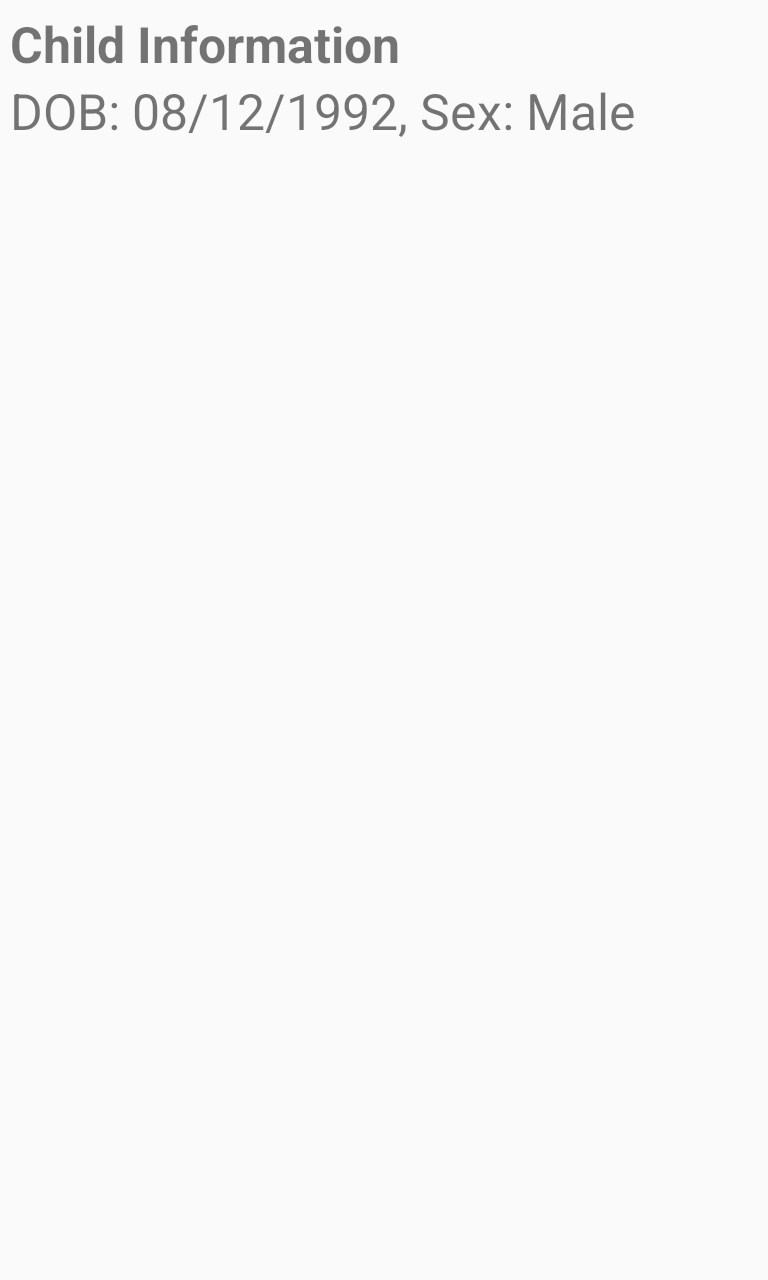
Repository: achavez812/GuatemalaProject2
Layout: GuateMedic-master/GuateMedic/res/layout/fragment_graph_left.xml
The author's editor kept a copy of each file at every save. The layout is drawn from the files as they stood at one save, then again after the next save.
It is drawn on a 768 x 1280 px phone screen (xhdpi) without system bars, with theme AppTheme; the app's code is not run.

Above is the layout before, as saved 2014-07-03 04:00:08.

After the next save:
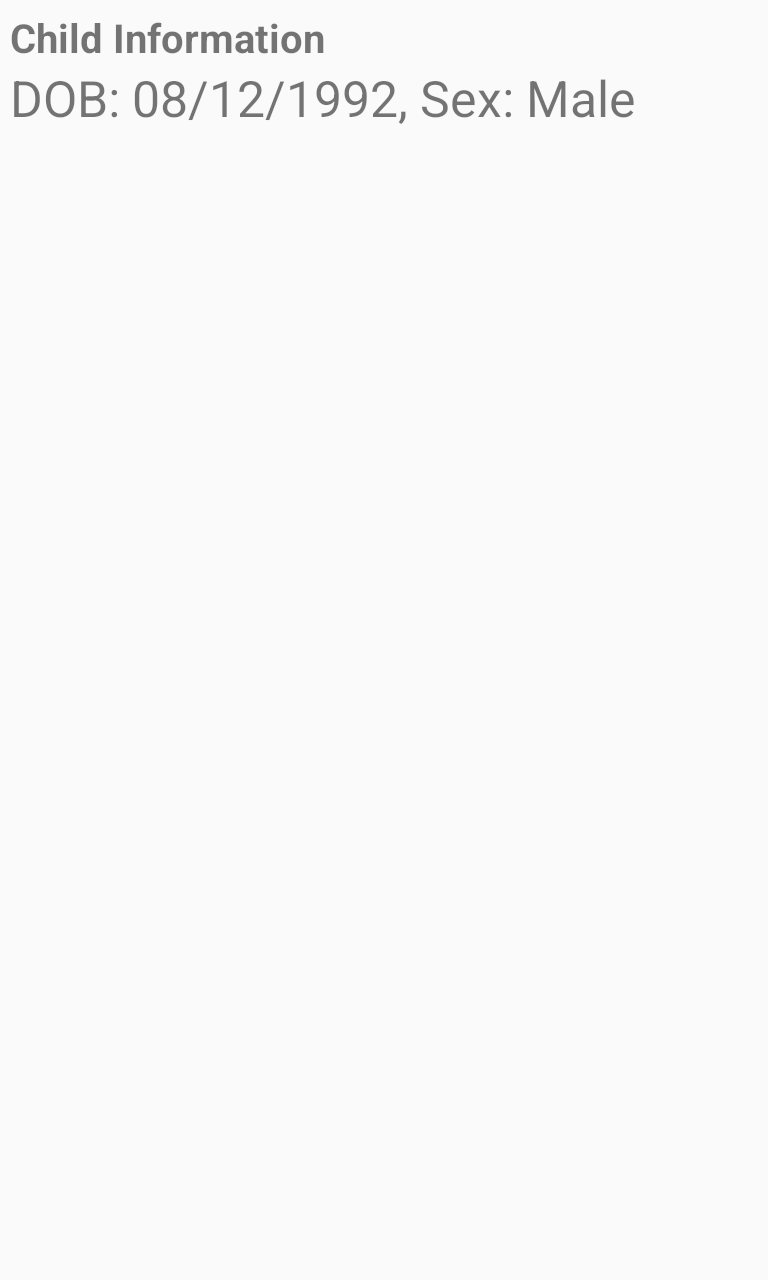
Saved 17 s later.
--- a/GuateMedic-master/GuateMedic/res/layout/fragment_graph_left.xml
+++ b/GuateMedic-master/GuateMedic/res/layout/fragment_graph_left.xml
@@ -11,7 +11,7 @@
         android:layout_width="wrap_content"
         android:layout_height="wrap_content"
         android:textStyle="bold"
-        android:textSize="25sp"
+        android:textSize="20sp"
         android:text="Child Information"
         />
 
